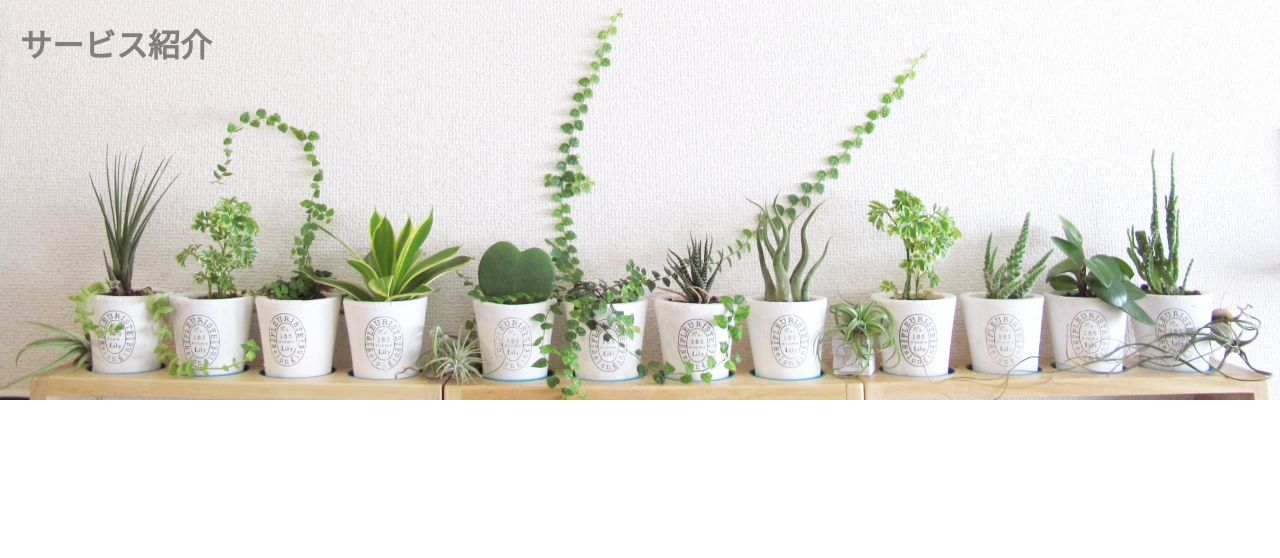
Repository: hayase-m/Webcamp
Page: chapter7/chapter7.html
The author's editor kept a record of every edit. The page is drawn from the files as they stood at one moment, then again after the next edit.
The browser window is 1280 px wide. The pictures show the whole page.

Above is the page before.

After the next edit:
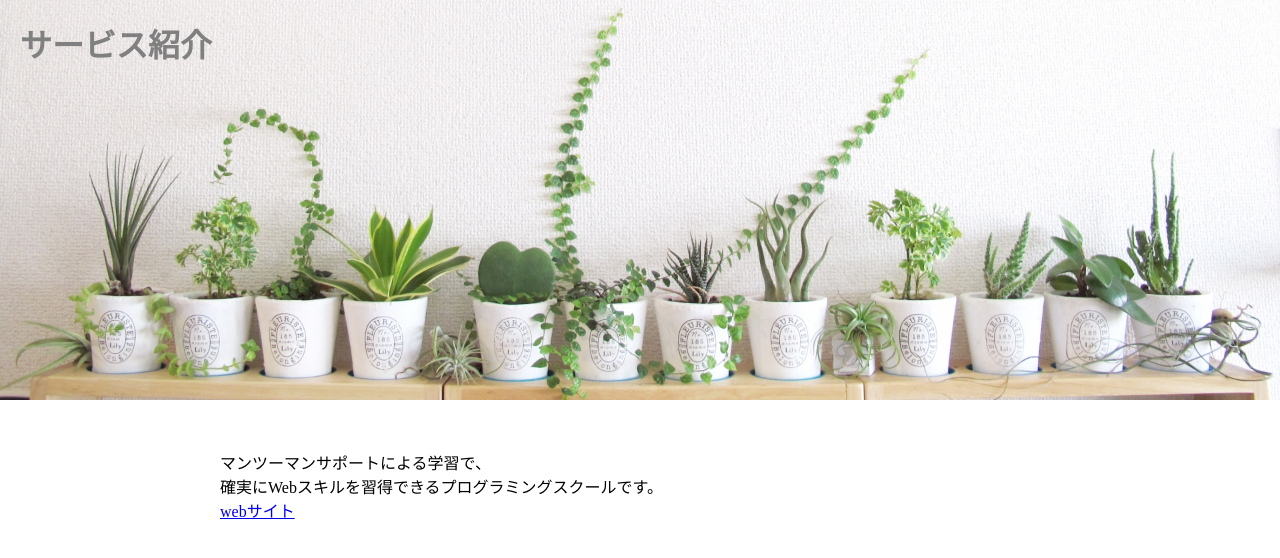
The edit:
--- a/chapter7/chapter7.html
+++ b/chapter7/chapter7.html
@@ -11,5 +11,17 @@
     <h1 class="service">サービス紹介</h1>
   </header>
 
+
+  <main>
+    <div class="item1">
+      <p>マンツーマンサポートによる学習で、<br>
+      確実にWebスキルを習得できるプログラミングスクールです。</p>
+      <a href="chapter7.html">webサイト</a>
+    </div>
+    <div class="item2"></div>
+    <div class="item3"></div>
+    <div class="item4"></div>
+  </main>
+
 </body>
 </html>
